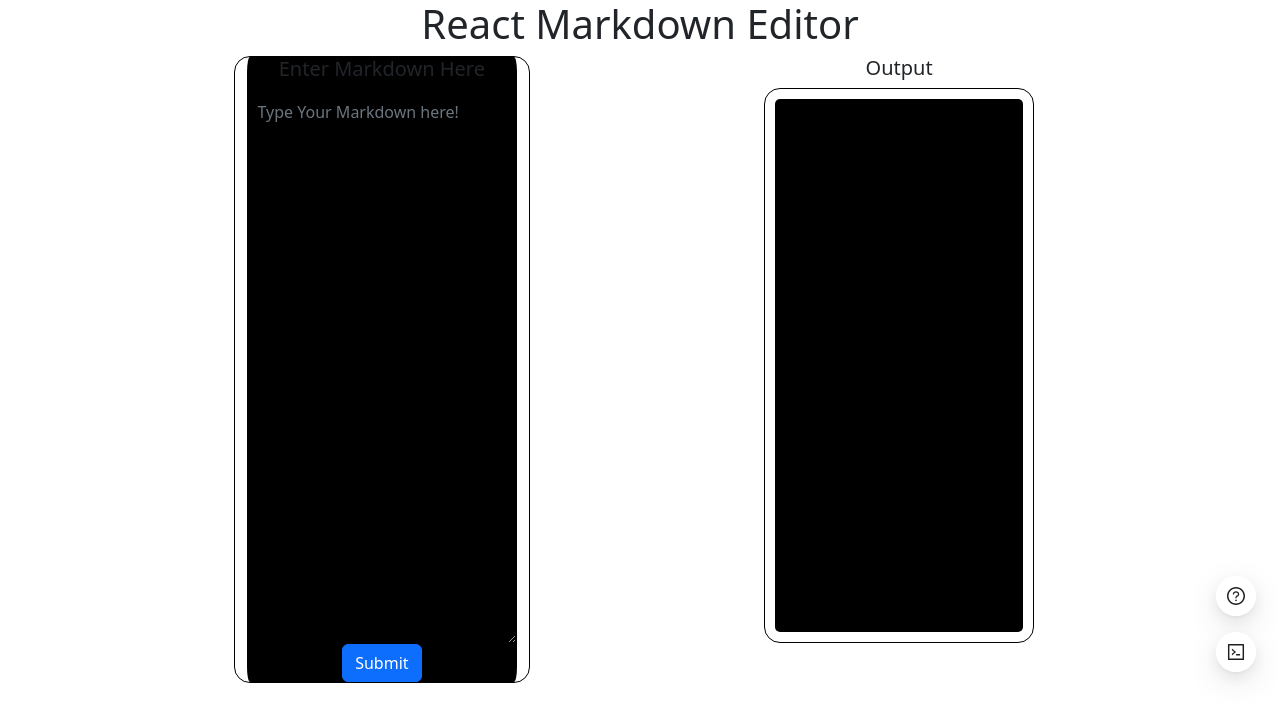
Repository: devkthines/md-editor
Page: /
The author's editor kept a copy of each file at every save. The page is drawn from the files as they stood at one save, then again after a run of saves.
The browser window is 1280 px wide. The pictures show the whole page.
The project was rebuilt for these pictures with package versions that can differ from the ones it lists, and the page was loaded fresh each time. Also part of the build but not shown: src/pages/preview.js, src/components/navbar.js, src/pages/home.js.

Above is the page before, as saved 2023-12-06 22:02:08.

After the next 3 saves:
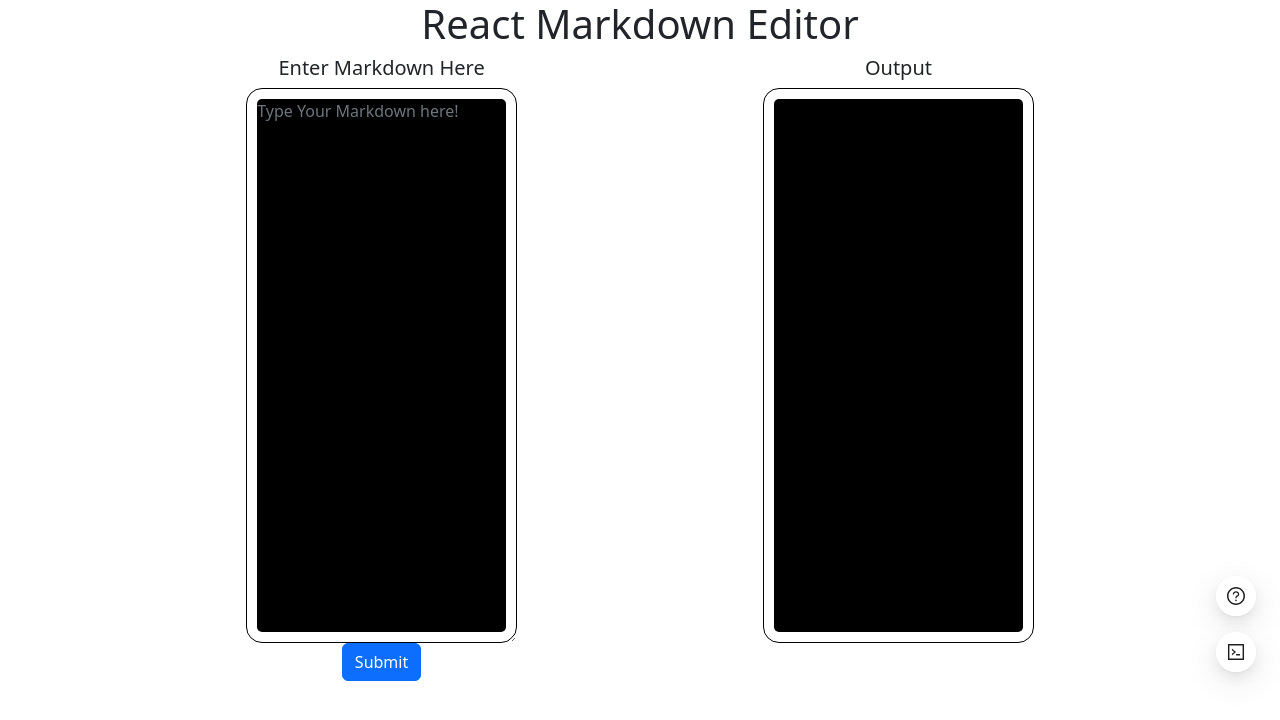
The 3 saves are shown as one change because they came seconds apart.
The last was saved 19 s later.
--- a/src/styles/style.css
+++ b/src/styles/style.css
@@ -15,8 +15,7 @@
     color: white;
 }
 #edBox{
-    background-clip: content-box;
-    background-color: black;
-    border: 1px solid black;
-    border-radius: 1rem;
+
+
+
 }
